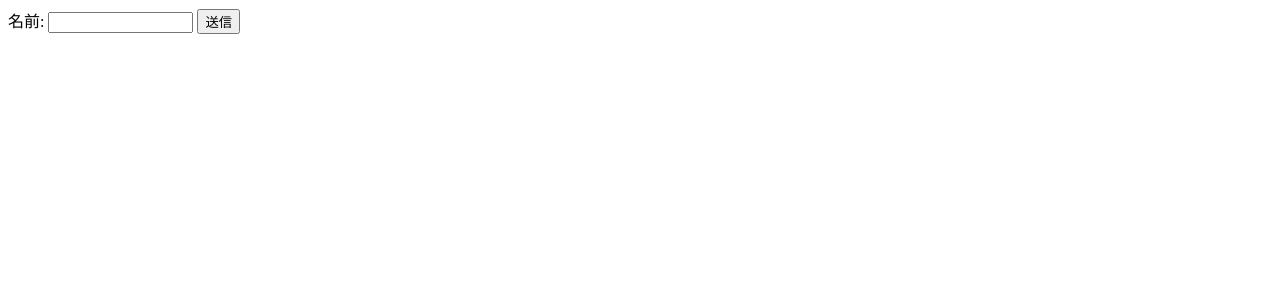
Repository: movingfastball/2020_stady
Page: http://localhost/original.php
The author's editor kept a copy of each file at every save. The page is drawn from the files as they stood at one save, then again after the next save.
The browser window is 1280 px wide. The pictures show the whole page.
The page is run by PHP 8.4 with error messages shown; the project is at /var/www/html/.

Above is the page before, as saved 2020-05-07 22:34:14.

After the next save:
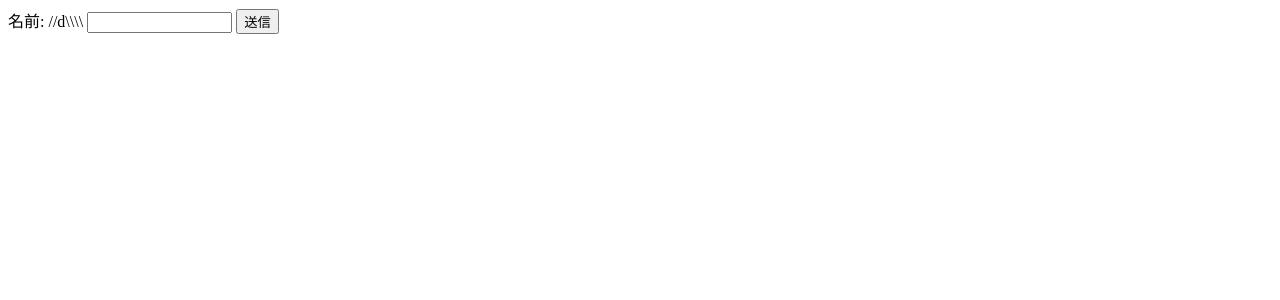
Saved 45 s later.
--- a/original.php
+++ b/original.php
@@ -6,7 +6,8 @@
 </head>
 <body>
 <form method="post" action = "original2.php">
-<label for = "nxame">名前:</label>
+<label for = "name">名前:</label>
+//d\\\\
 <input id = "name" type = "text" name = "name" size = "15" />
 <input type = "submit" value = "送信">
 </form>

After the save that followed:
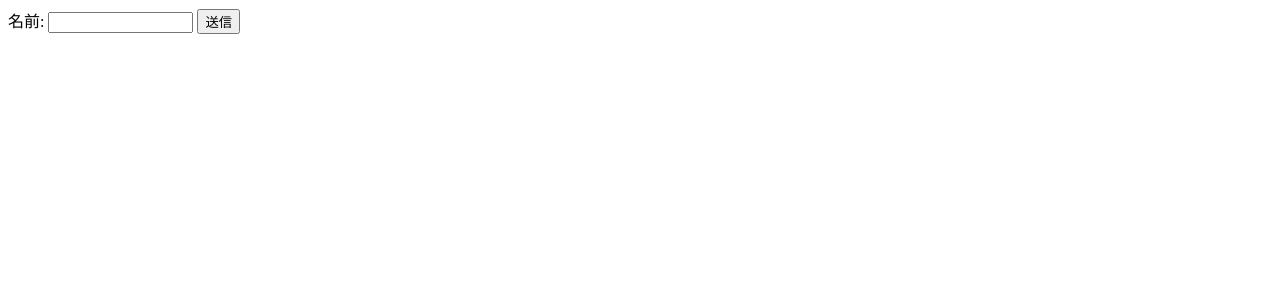
Saved 69 s later.
--- a/original.php
+++ b/original.php
@@ -7,7 +7,7 @@
 <body>
 <form method="post" action = "original2.php">
 <label for = "name">名前:</label>
-//d\\\\
+<!-- name属性をnameに設定しているからoriginal2.phpに情報を送れる -->
 <input id = "name" type = "text" name = "name" size = "15" />
 <input type = "submit" value = "送信">
 </form>
